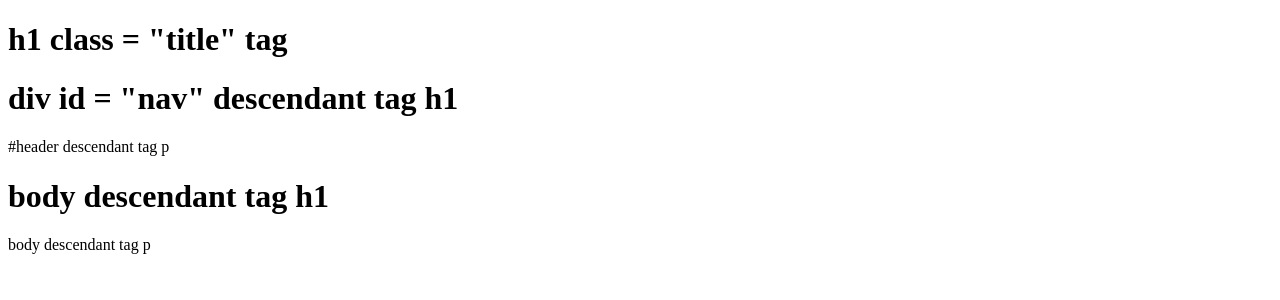
Repository: LucestDail/WebEclipse-Workspace
Page: htmlProject/WebContent/cssEx4.html
These files come from the project's save history. The page is drawn as it stood at one moment and after the next save; the edit follows.
The browser window is 1280 px wide. The pictures show the whole page.

Above is the page before, as saved 2020-11-06 05:42:05.

### htmlProject/WebContent/cssEx4.html
<!DOCTYPE html>
<html>
<head>
<meta charset="UTF-8">
<title>Descendant selector</title>
</head>
<body>
<div id = "header">
	<h1 class = "title"> h1 class = "title" tag</h1>
	<div id = "nav">
		<h1> div id = "nav" descendant tag h1</h1>
	</div>
	<p>#header descendant tag p
</div>
<h1 id = "content"> body descendant tag h1</h1>
<p> body descendant tag p
</body>
</html>

After the next save:
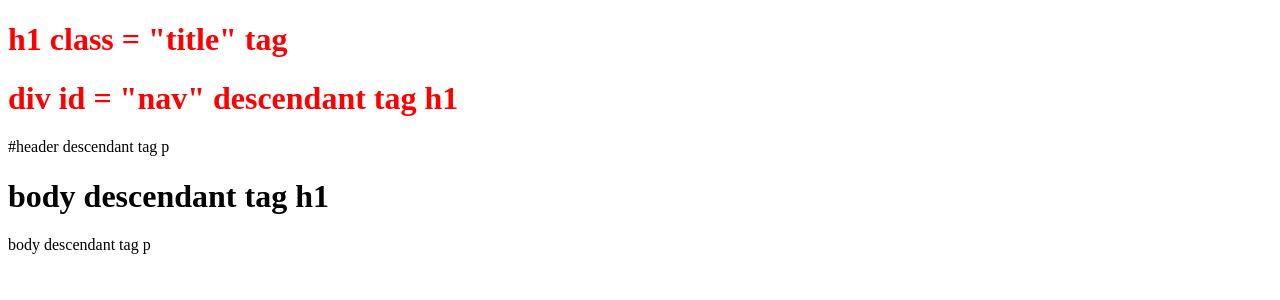
Saved 12 min 1 s later.
--- a/htmlProject/WebContent/cssEx4.html
+++ b/htmlProject/WebContent/cssEx4.html
@@ -3,6 +3,13 @@
 <head>
 <meta charset="UTF-8">
 <title>Descendant selector</title>
+<style type = "text/css">
+	#header
+	h1{
+		color : red;
+	}
+
+</style>
 </head>
 <body>
 <div id = "header">
